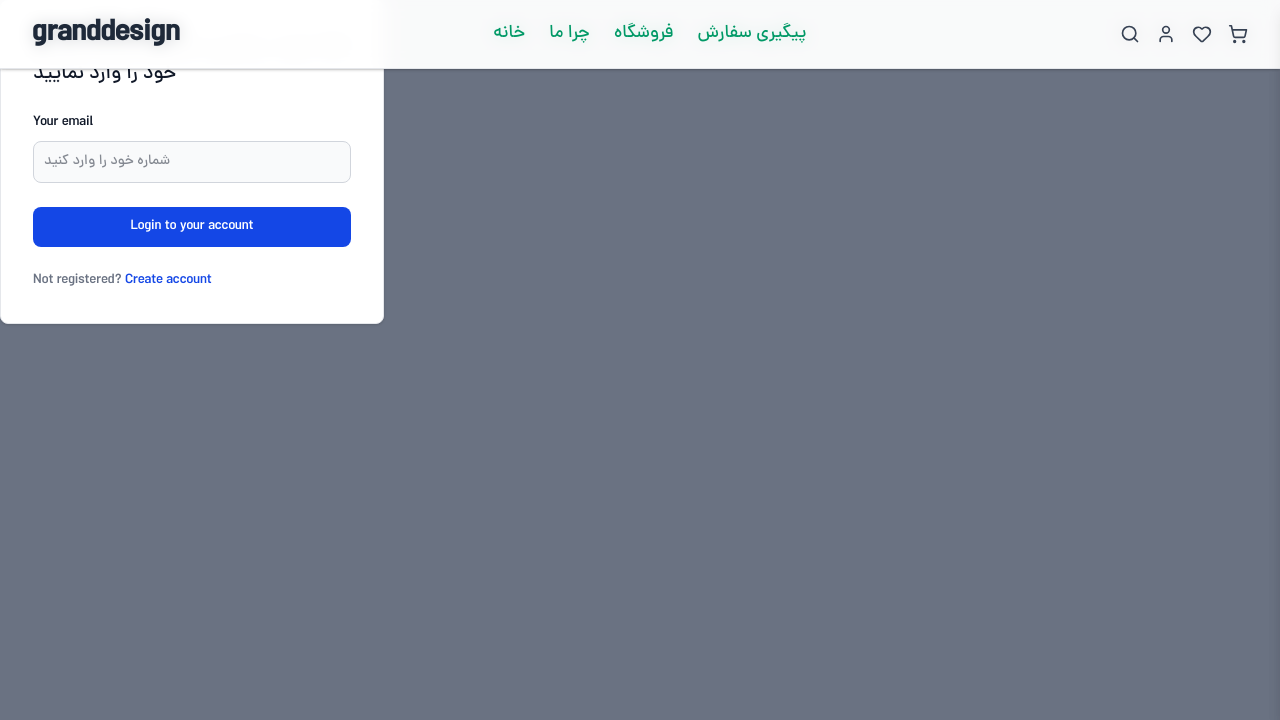
Repository: Aihan-2005/granddesign.frontend
Page: /productTracking
These files come from the project's save history. The page is drawn as it stood at one moment and after the next save; the edit follows.
The browser window is 1280 px wide. The pictures show the whole page.
The project was rebuilt for these pictures with package versions that can differ from the ones it lists, and the page was loaded fresh each time. The framework's server and built-in components were replaced by stand-ins that run in the browser. Also part of the build but not shown: next.config.mjs, src/components/store/modal/Search.jsx, src/zustand/useAuthStore.jsx, src/components/store/modal/Login.jsx, src/components/store/modal/CartModal.jsx, src/components/store/modal/FavoritesModal.jsx.

Above is the page before, as saved 2025-09-16 01:36:41.

After the next save:
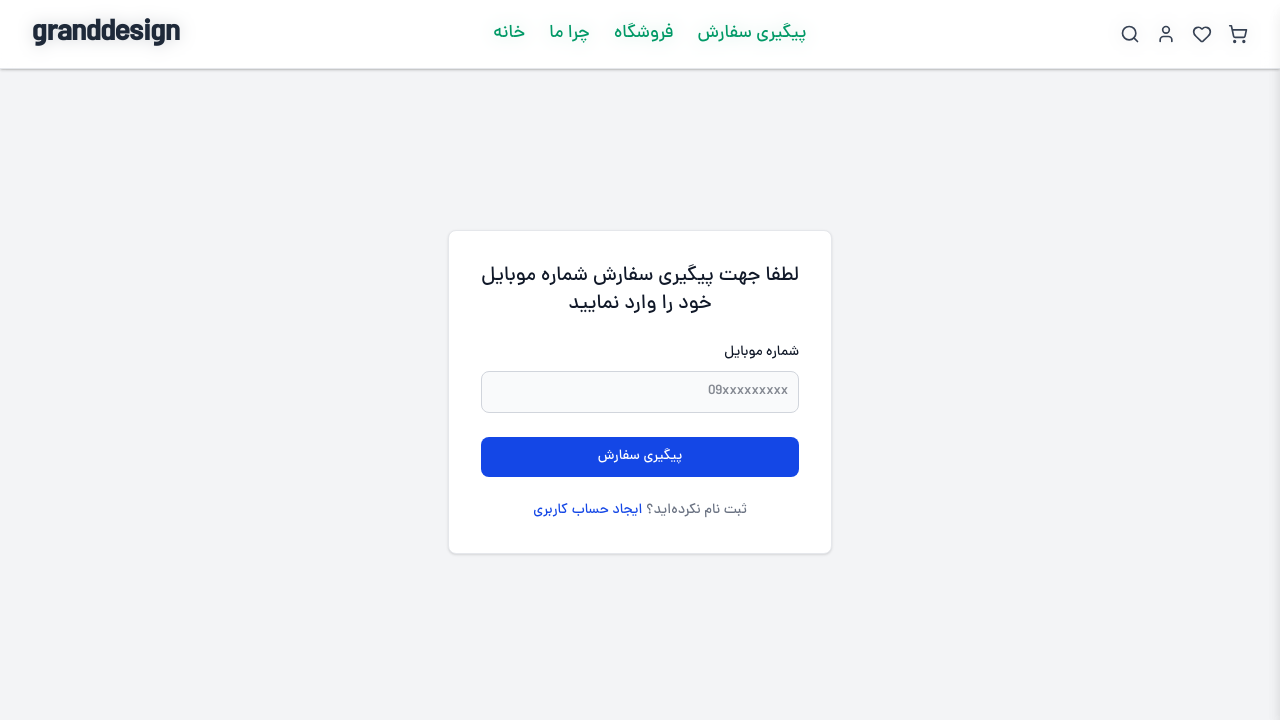
Saved 115 s later.
--- a/src/app/(fullpage)/productTracking/page.jsx
+++ b/src/app/(fullpage)/productTracking/page.jsx
@@ -1,28 +1,46 @@
 import Header from "@/components/store/Headers";
-export default function ProductTracking(){
-    return(
-        <div className="min-h-screen bg-gray-500 relative overflow-hidden" >
-              <Header />
 
-              <div dir='rtl'></div>
+export default function ProductTracking() {
+    return (
+        <div className="min-h-screen bg-gray-100 relative overflow-hidden" >
+            <Header />
 
+            <div className="flex items-center justify-center min-h-screen pt-16">
+                <div className="w-full max-w-sm p-4 bg-white border border-gray-200 rounded-lg shadow-sm sm:p-6 md:p-8 dark:bg-gray-800 dark:border-gray-700">
+                    <form className="space-y-6" action="#">
+                        <h5 className="text-xl font-medium text-gray-900 dark:text-white text-center">
+                            لطفا جهت پیگیری سفارش شماره موبایل خود را وارد نمایید
+                        </h5>
+                        <div>
+                            <label htmlFor="phone" className="block mb-2 text-sm font-medium text-gray-900 dark:text-white text-right">
+                                شماره موبایل
+                            </label>
+                            <input
+                                type="tel"
+                                name="phone"
+                                id="phone"
+                                className="bg-gray-50 border border-gray-300 text-gray-900 text-sm rounded-lg focus:ring-blue-500 focus:border-blue-500 block w-full p-2.5 dark:bg-gray-600 dark:border-gray-500 dark:placeholder-gray-400 dark:text-white text-right"
+                                placeholder="09xxxxxxxxx"
+                                required
+                            />
+                        </div>
 
-<div className="w-full max-w-sm p-4 bg-white border border-gray-200 rounded-lg shadow-sm sm:p-6 md:p-8 dark:bg-gray-800 dark:border-gray-700 items-center ">
-    <form className="space-y-6" action="#">
-        <h5 className="text-xl font-medium text-gray-900 dark:text-white">لطفا جهت پیگیری سفارش شماره موبایل خود را وارد نمایید</h5>
-        <div>
-            <label htmlFor="text" className="block mb-2 text-sm font-medium text-gray-900 dark:text-white">Your email</label>
-            <input type="text" name="text" id="text" className="bg-gray-50 border border-gray-300 text-gray-900 text-sm rounded-lg focus:ring-blue-500 focus:border-blue-500 block w-full p-2.5 dark:bg-gray-600 dark:border-gray-500 dark:placeholder-gray-400 dark:text-white" placeholder="شماره خود را وارد کنید" required />
+                        <button
+                            type="submit"
+                            className="w-full text-white bg-blue-700 hover:bg-blue-800 focus:ring-4 focus:outline-none focus:ring-blue-300 font-medium rounded-lg text-sm px-5 py-2.5 text-center dark:bg-blue-600 dark:hover:bg-blue-700 dark:focus:ring-blue-800"
+                        >
+                            پیگیری سفارش
+                        </button>
+
+                        <div className="text-sm font-medium text-gray-500 dark:text-gray-300 text-center">
+                            ثبت نام نکرده‌اید؟{" "}
+                            <a href="#" className="text-blue-700 hover:underline dark:text-blue-500">
+                                ایجاد حساب کاربری
+                            </a>
+                        </div>
+                    </form>
+                </div>
+            </div>
         </div>
-
-
-        <button type="submit" className="w-full text-white bg-blue-700 hover:bg-blue-800 focus:ring-4 focus:outline-none focus:ring-blue-300 font-medium rounded-lg text-sm px-5 py-2.5 text-center dark:bg-blue-600 dark:hover:bg-blue-700 dark:focus:ring-blue-800">Login to your account</button>
-        <div className="text-sm font-medium text-gray-500 dark:text-gray-300">
-            Not registered? <a href="#" className="text-blue-700 hover:underline dark:text-blue-500">Create account</a>
-        </div>
-    </form>
-</div>
-
-              </div>
     )
 }
